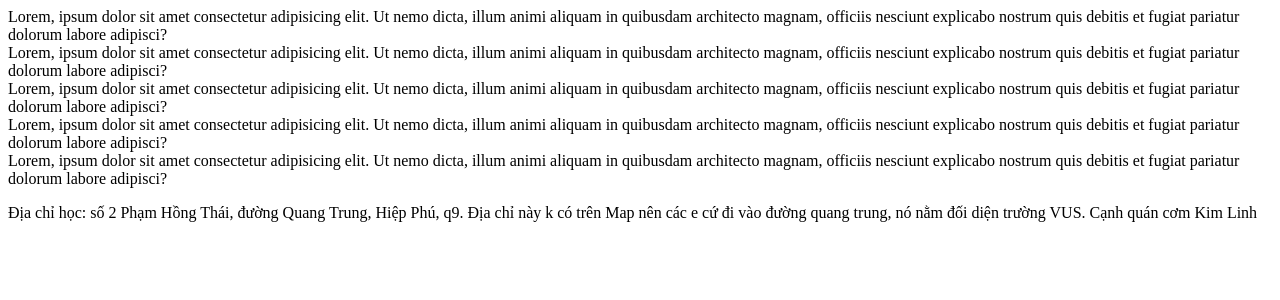
Repository: remynguyen96/webpack-simple
Page: src/index.html
The author's editor kept a copy of each file at every save. The page is drawn from the files as they stood at one save, then again after the next save.
The browser window is 1280 px wide. The pictures show the whole page.

Above is the page before, as saved 2018-08-08 18:23:34.

After the next save:
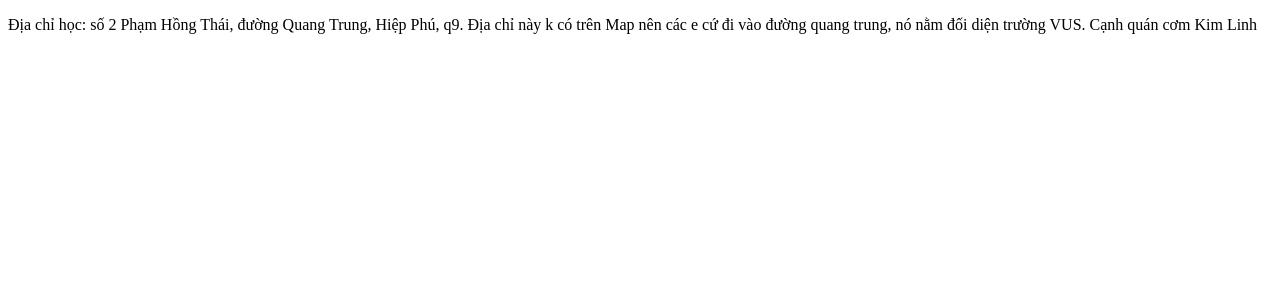
Saved 9 min 7 s later.
--- a/src/index.html
+++ b/src/index.html
@@ -18,12 +18,6 @@
 </head>
 
 <body>
-  <div>Lorem, ipsum dolor sit amet consectetur adipisicing elit. Ut nemo dicta, illum animi aliquam in quibusdam architecto magnam, officiis nesciunt explicabo nostrum quis debitis et fugiat pariatur dolorum labore adipisci?</div>
-  <div>Lorem, ipsum dolor sit amet consectetur adipisicing elit. Ut nemo dicta, illum animi aliquam in quibusdam architecto magnam, officiis nesciunt explicabo nostrum quis debitis et fugiat pariatur dolorum labore adipisci?</div>
-  <div>Lorem, ipsum dolor sit amet consectetur adipisicing elit. Ut nemo dicta, illum animi aliquam in quibusdam architecto magnam, officiis nesciunt explicabo nostrum quis debitis et fugiat pariatur dolorum labore adipisci?</div>
-  <div>Lorem, ipsum dolor sit amet consectetur adipisicing elit. Ut nemo dicta, illum animi aliquam in quibusdam architecto magnam, officiis nesciunt explicabo nostrum quis debitis et fugiat pariatur dolorum labore adipisci?</div>
-  <div>Lorem, ipsum dolor sit amet consectetur adipisicing elit. Ut nemo dicta, illum animi aliquam in quibusdam architecto magnam, officiis nesciunt explicabo nostrum quis debitis et fugiat pariatur dolorum labore adipisci?</div>
-
   <p>Địa chỉ học: số 2 Phạm Hồng Thái, đường Quang Trung, Hiệp Phú, q9. Địa chỉ này k có trên Map nên các e cứ đi vào đường quang trung, nó nằm đối diện trường VUS. Cạnh quán cơm Kim Linh</p>
 </body>
 </html>
